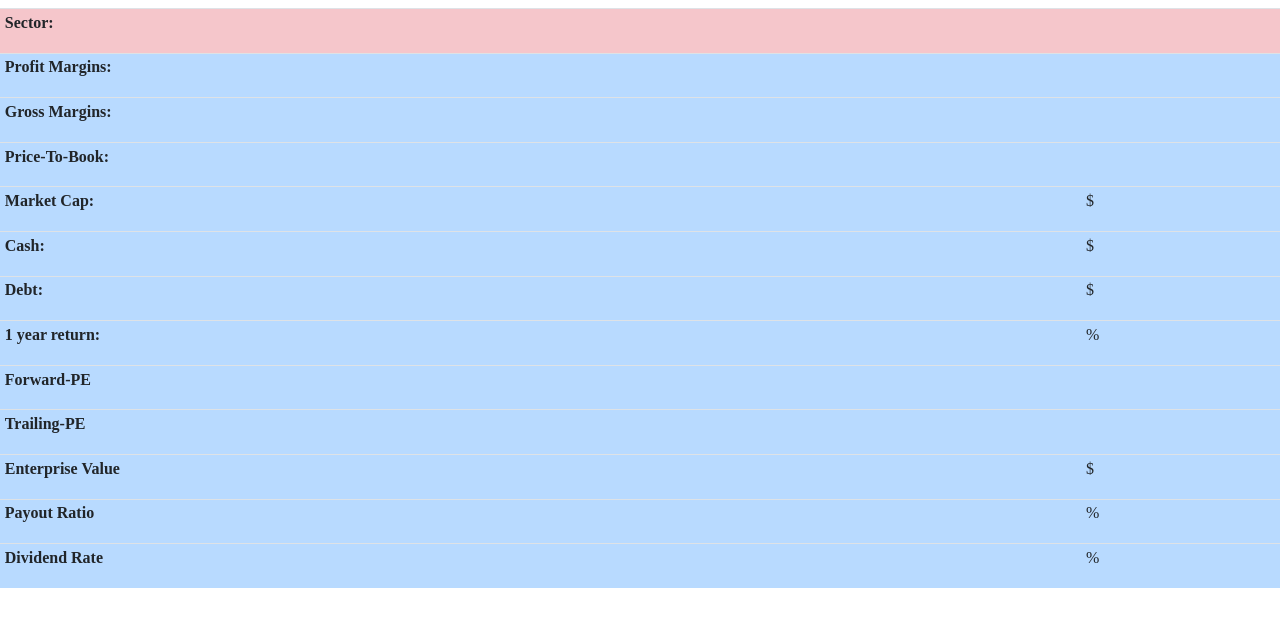
Repository: brendan12372/theSite
Page: topTen/templates/stocks/stock_detail.html
An editor plug-in stored every save of this project. The page is shown before and after the next save, followed by the edit.
The browser window is 1280 px wide. The pictures show the whole page.
Some web libraries are served in a nearby version. The page is served by the project's application, run on Django 4.2 (manage.py). Other server files are loaded and not shown. The template is opened directly, without the code that normally fills it, so the values that code supplies are empty.

Above is the page before, as saved 2022-03-15 01:06:21.

### topTen/templates/stocks/stock_detail.html
{% load static %}
{{ static }}

<html lang="en">
  <head>
    <!-- Required meta tags -->
    <meta charset="utf-8">
    <meta name="viewport" content="width=device-width, initial-scale=1, shrink-to-fit=no">

    <!-- Bootstrap CSS -->
    <link rel="stylesheet" href="https://cdn.jsdelivr.net/npm/bootstrap@4.0.0/dist/css/bootstrap.min.css" integrity="sha384-Gn5384xqQ1aoWXA+058RXPxPg6fy4IWvTNh0E263XmFcJlSAwiGgFAW/dAiS6JXm" crossorigin="anonymous">
    <link rel="stylesheet" type="text/css" href="{% static 'topTen/style.css' %}"><!doctype html>

    <title>Hello, world!</title>
  </head>
  <body>

    <!--  <h1 class="display-3 text-center">{{ object.shortName }}</h1>
    <p class="text-start font-weight-bold"> summary:</p><p>{{ object.summary }}</p>
    <p>{{object.news}}<a href={{object.link}}>learn more</a> </p>

    <p>market Cap: {{ object.marketCap }}</p>


    <p>Profit Margin: {{ object.profitMargins }}</p>
    <p>Profit Margin: {{ object.grossMargins }}</p>
    <p>1 year Return: {{ object.yearReturn }}</p>
    <p>Price-to-Book: {{ object.PriceToBook}}</p>
    <p>Debt Equity Ratio: {{ object.debtEquityRatio}}</p> -->
    <h1 class="display-3 text-center">{{ object.shortName }}</h1>
    <table class="table table-hover table-primary table-sm">
      <!-- <thead class="thead-dark">
        <tr>
          <th scope="col">cat</th>
          <th scope="col">val</th>
        </tr>
      </thead> -->
      <tbody>

        <tr class="table-danger">
          <td><p class="font-weight-bold">Sector:</p></td>
          <td>{{object.sector}}</td>
        </tr>
        <tr class="table-primary">
          <td><p class="font-weight-bold">Profit Margins:</p></td>
          <td>{{object.profitMargins}}</td>
        </tr>


        <tr>
          <td><p class="font-weight-bold">Gross Margins:</p></td>
          <td>{{object.grossMargins}}</td>
        </tr>

        <tr>
          <td><p class="font-weight-bold">Price-To-Book:</p></td>
          <td>{{object.PriceToBook}}</td>
        </tr>

        <tr>
          <td><p class="font-weight-bold">Market Cap:</p></td>
          <td>$ {{object.marketCap}}</td>
        </tr>
        <tr>
          <td><p class="font-weight-bold">Cash:</p></td>
          <td>$ {{object.totalCash}}</td>
        </tr>

        <tr>
          <td><p class="font-weight-bold">Debt:</p></td>
          <td>$ {{object.totalDebt}}</td>
        </tr>

        <tr>
          <td><p class="font-weight-bold">1 year return:</p></td>
          <td>{{object.yearReturn}} %</td>
        </tr>
        <tr>
          <td><p class="font-weight-bold">Forward-PE</p></td>
          <td>{{object.forwardPE}}</td>
        </tr>

        <tr>
          <td><p class="font-weight-bold">Trailing-PE</p></td>
          <td>{{object.trailingPE}}</td>
        </tr>

        <tr>
          <td><p class="font-weight-bold">Enterprise Value</p></td>
          <td>$ {{object.enterpriseValue}}</td>
        </tr>

        <tr>
          <td><p class="font-weight-bold">Payout Ratio</p></td>
          <td>{{object.payoutRatio}} %</td>
        </tr>


        <tr>
          <td><p class="font-weight-bold">Dividend Rate</p></td>
          <td>{{object.dividendRate}} %</td>
        </tr>


      </tbody>
    </table>




    <!-- Optional JavaScript -->
    <!-- jQuery first, then Popper.js, then Bootstrap JS -->
    <script src="https://code.jquery.com/jquery-3.2.1.slim.min.js" integrity="sha384-KJ3o2DKtIkvYIK3UENzmM7KCkRr/rE9/Qpg6aAZGJwFDMVNA/GpGFF93hXpG5KkN" crossorigin="anonymous"></script>
    <script src="https://cdn.jsdelivr.net/npm/popper.js@1.12.9/dist/umd/popper.min.js" integrity="sha384-ApNbgh9B+Y1QKtv3Rn7W3mgPxhU9K/ScQsAP7hUibX39j7fakFPskvXusvfa0b4Q" crossorigin="anonymous"></script>
    <script src="https://cdn.jsdelivr.net/npm/bootstrap@4.0.0/dist/js/bootstrap.min.js" integrity="sha384-JZR6Spejh4U02d8jOt6vLEHfe/JQGiRRSQQxSfFWpi1MquVdAyjUar5+76PVCmYl" crossorigin="anonymous"></script>
  </body>
</html>

### tutorial/urls.py
from django.urls import path, include
from django.contrib import admin

urlpatterns = [
path('admin/', admin.site.urls),
path('', include('stocks.urls')),
path('topTen/', include('topTen.urls')),

]

### stocks/urls.py
from django.urls import path
from stocks import views
from django.contrib import admin

urlpatterns = [
    # path('stocks/', views.stocks_list),
    path('', views.stocks_list2),
    path('<int:pk>/', views.stocks_detail),
    path('<str:sector>/<str:sortBy>/<str:dir>', views.stocks_list),
    path('sectors/<str:sortBy>/<str:dir>', views.sector_list),

]

### topTen/urls.py
from django.urls import path
from topTen import views
urlpatterns = [
    # path('front/', views.front_list),
    # path('front/<int:pk>/', views.stocks_detail),
    path('sector/', views.sector_view,name='sector'),
    path('home/', views.vTwo,name='sort'),
    path('',views.home,name='home'),
    path('<int:pk>/', views.detail.as_view(),name='detail'),


]

### topTen/static/topTen/style.css
 /* Navbar container */
 .theOptions{
  background-color:lightblue;
  text-align: left;
     padding-left: 10%;
}
 article{
margin-top:30px;
 }
 body{
          font-family: "Noto Serif Armenian Light";

 }
.Key{
    background-color: lightblue;
}

.theList{
  background-color:darkgrey;
  text-align: left;
  margin-top: 5px;
    font-family: "Times";
}
p{
         font-family: "Noto Serif Armenian Light";

}
 .navbar {
  overflow: hidden;
  background-color: darkgrey;
  font-family: 'Noto Serif Armenian Light';
     margin-bottom: 30px;
}
 body {
   background-color:'green'
 }

/* Links inside the navbar */
.navbar a {
  float: left;
  font-size: 16px;
  color: white;
  text-align: center;
  padding: 14px 16px;
  text-decoration: none;
}

/* The dropdown container */
.dropdown {
  float: left;
  overflow: hidden;
}

/* Dropdown button */
.dropdown .dropbtn {
  font-size: 16px;
  border: none;
  outline: none;
  color: white;
  padding: 14px 16px;
  background-color: inherit;
  font-family: inherit; /* Important for vertical align on mobile phones */
  margin: 0; /* Important for vertical align on mobile phones */
}

/* Add a red background color to navbar links on hover */
.navbar a:hover, .dropdown:hover .dropbtn {
  background-color: red;
}

/* Dropdown content (hidden by default) */
.dropdown-content {
  display: none;
  position: absolute;
  background-color: #f9f9f9;
  min-width: 160px;
  box-shadow: 0px 8px 16px 0px rgba(0,0,0,0.2);
  z-index: 1;
}

/* Links inside the dropdown */
.dropdown-content a {
  float: none;
  color: black;
  padding: 12px 16px;
  text-decoration: none;
  display: block;
  text-align: left;
}

/* Add a grey background color to dropdown links on hover */
.dropdown-content a:hover {
  background-color: #ddd;
}

/* Show the dropdown menu on hover */
.dropdown:hover .dropdown-content {
  display: block;
}
label {
  ;
}

After the next save:
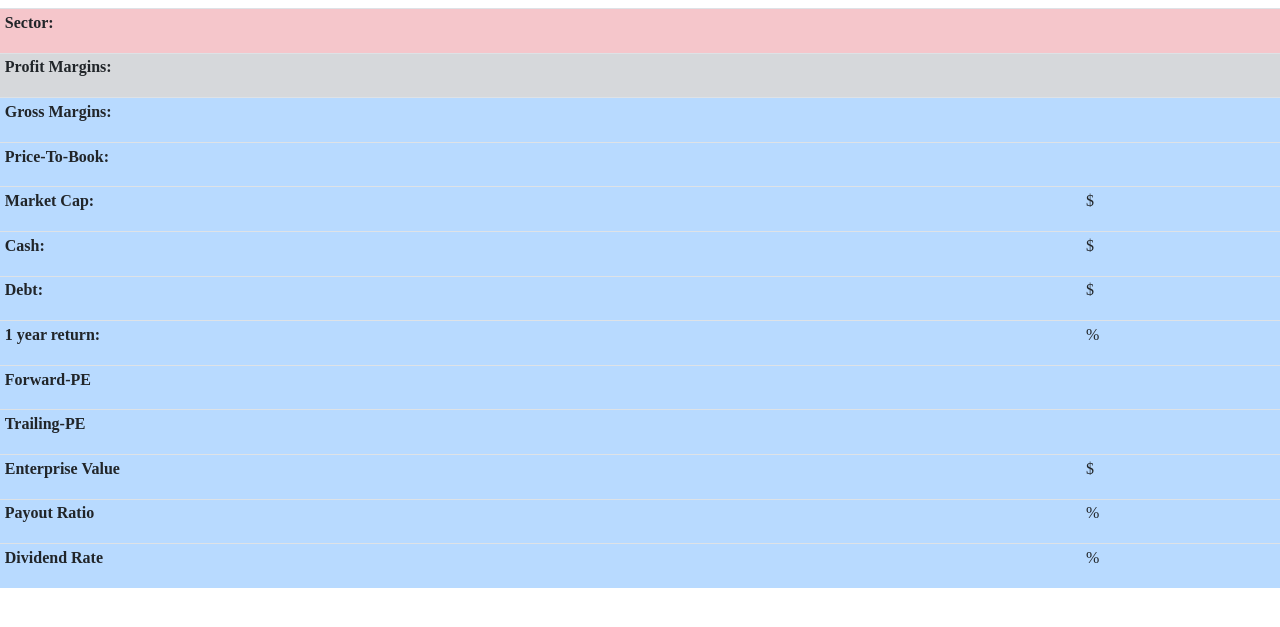
Saved 13 s later.
--- a/topTen/templates/stocks/stock_detail.html
+++ b/topTen/templates/stocks/stock_detail.html
@@ -41,7 +41,7 @@
           <td><p class="font-weight-bold">Sector:</p></td>
           <td>{{object.sector}}</td>
         </tr>
-        <tr class="table-primary">
+        <tr class="table-secondary">
           <td><p class="font-weight-bold">Profit Margins:</p></td>
           <td>{{object.profitMargins}}</td>
         </tr>
